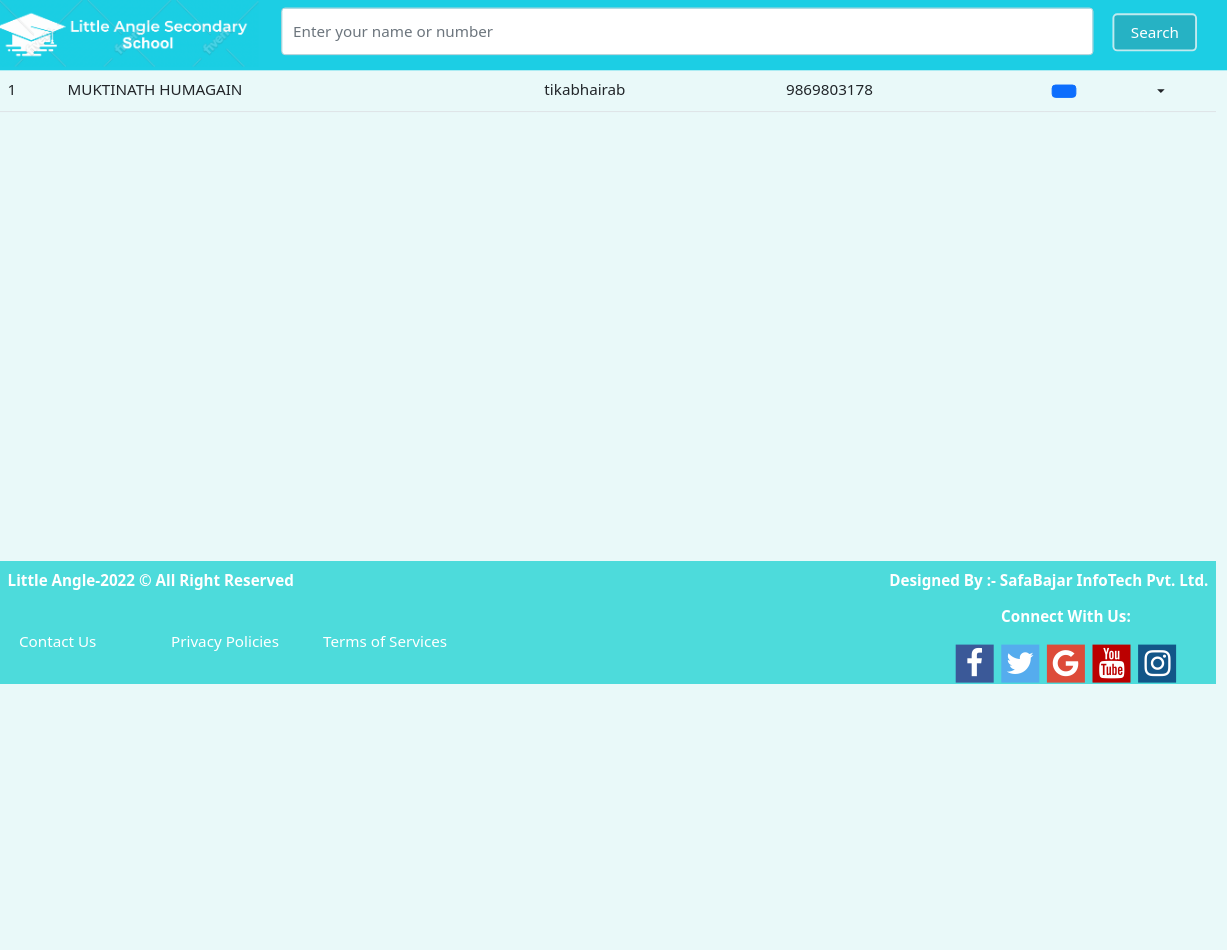
Repository: Sjuicyy/School-Project
Page: profilesview.html
These files come from the project's save history. The page is drawn as it stood at one moment and after a run of saves; the edit follows.
The browser window is 1280 px wide. The page is 1292 px wide, so the pictures cover 1292 px, including what lies to the right of the window. The pictures show the whole page, at 95% of full size.

Above is the page before, as saved 2022-09-22 11:27:52.

### profilesview.html
<!doctype html>
<html lang="en">

<head>
    <!-- Required meta tags -->
    <meta charset="utf-8">
    <meta name="viewport" content="width=device-width, initial-scale=1">

    <!-- Bootstrap CSS -->
    <link href="https://cdn.jsdelivr.net/npm/bootstrap@5.0.2/dist/css/bootstrap.min.css" rel="stylesheet"
        integrity="sha384-EVSTQN3/azprG1Anm3QDgpJLIm9Nao0Yz1ztcQTwFspd3yD65VohhpuuCOmLASjC" crossorigin="anonymous">

    <link rel="stylesheet" href="https://cdnjs.cloudflare.com/ajax/libs/font-awesome/4.7.0/css/font-awesome.min.css">


    <style>
        body {
            height: 1000px;
        }

        .navcol {
            background-color: rgb(28, 206, 228);
        }

        .row0 div {
            width: auto;
            display: flex;
        }

        .img {
            height: 70px;
            width: 100%;
        }

        .form-control {
            height: 50px;
        }


        .btn1 {
            background-color: rgb(38, 178, 196);
            color: white;
            height: 40px;
            width: 100px;
            margin: 20px;
            margin-top: 14px;
            border: 2px solid rgba(255, 255, 255, 0.715);
            border-radius: 5px;
        }

        .btn1:hover {
            background-color: rgba(0, 225, 255, 0);
            border: 2px solid white;
            outline: none;
        }

        .btn1:active {
            color: rgba(255, 255, 255, 0.667);
            border: 2px solid rgba(255, 255, 255, 0.533);
        }

        .footer {
            background-color: rgb(77, 219, 219);
            position: fixed;
            width: 100%;
            overflow: AUTO;
            color: rgb(255, 255, 255);
            bottom: 0;
        }

        .footer::-webkit-scrollbar {
            display: none;
        }


        .fb {

            width: 160px
        }

        .fa1 {
            font-size: xx-large;
            padding: 4px;
            margin: 2px;
            width: 40px;
            text-decoration: none;
        }

        .fa-facebook {
            background: #3B5998;
            color: white;
        }

        .fa-twitter {
            background: #55ACEE;
            color: white;
        }

        .fa-google {
            background: #dd4b39;
            color: white;
        }

        .fa-youtube {
            background: #bb0000;
            color: white;
        }

        .fa-instagram {
            background: #125688;
            color: white;
        }

        .red {
            border: 1px solid rgb(219, 77, 77);
        }

        .green {
            border: 1px solid rgb(2, 183, 255);
        }

        .yello {
            border: 1px solid rgb(193, 255, 6);
        }

        .btn2 {
            background-color: rgb(77, 219, 219);
            width: 400px;
        }

        .color {
            color: rgb(28, 206, 228);
        }

        .a {
            text-decoration: none;
            color: rgb(77, 219, 219);
        }

        .loginopt {
            background-color: rgb(255, 255, 255);
            color: rgb(28, 206, 228);
            border: 2px solid;
            width: 43px;
            border-radius: 100px;
            margin: 10px;
        }

        .loginopt:hover {
            color: #0c91f7;
        }

        .btn2:hover {
            background-color: #2a8bd0;
        }
    </style>
    <title>Little Angle School</title>
</head>

<body style="background-color:#99e6e335 ;>
    <!-- heading start -->
    <div class=" container-fluid text-center">
    <div class="row row0 navcol">
        <div class="col-3">
            <a href="pages.html">
                <img class="img" src="./school.png" alt="">
            </a>
        </div>
        <div class="col">
            <input class="form-control mt-2 " type="search" placeholder="Enter your name or number "
                aria-label="Search">
            <button class="btn1" type="submit">Search</button>
            </form>
        </div>
    </div>
    </div>
    <!-- heading end -->



    <!-- profile view body  -->




    <!-- <div class="container mt-4 w-75" style="border: 3px solid #0c91f7;">
        <div class="m-1">


        <div class="row">
            <div class="col-auto  ">
                <img src=" ./profile pic.jpg" width="100px" alt="">
            </div>
            <div class="col " style="">
                <div class="row mt-3 m-auto">
                    <div class="col-auto m-auto w-50 "><b>Name: </b>Shyam Joshi</div>
                    <div class="col-auto m-auto w-50 "><b> Email: </b>Sjuicyy@gmail.com</div>
                </div>
                <div class="row mt-3 m-auto">
                    <div class="col-auto m-auto w-50 "><B>DoB: </B>2055/04/31</div>
                    <div class="col-auto m-auto w-50 "><b>Mobile</b>: +977-9867867202</div>
                </div>
            </div>
            <div class="col-auto " style="overflow:hidden; width:100px">
                <div class="col mt-3 ">
                    <div class="btn btn-primary btn-sm  w-100">view</div>
                </div>
                <div class="col  mt-2">
                    <div class="btn btn-primary btn-sm  w-100">Edit</div>
                </div>
            </div>
        </div>

    </div>
    </div> -->



    <!-- // profile view body  -->





    <!-- another responsive table start -->










    <div class="table-responsive text-nowrap">
        <table class="table table-hover">
            <tbody class="table-border-bottom-0">
                <tr class="text-nowrap">
                    <td>1</td>
                    <td>MUKTINATH HUMAGAIN</td>
                    <td>tikabhairab</td>
                    <td><span class=" bg-label-primary me-1">9869803178</span></td>
                    <td> <a href="agentreport.php" type="button" class="btn btn-primary">
                        </a></td>
                    <td>
                        <div class="dropdown">
                            <button type="button" class="btn p-0 dropdown-toggle hide-arrow" data-bs-toggle="dropdown">
                                <i class="bx bx-dots-vertical-rounded"></i>
                            </button>

                            <div class="dropdown-menu">
                                <a class="dropdown-item" href="agentedit.php?id=43">
                                    <i class="bx bx-edit-alt me-1"></i> Edit</a>
                                <a class="dropdown-item" href="agentdelete.php?id=43&amp;Type=Farmer">
                                    <i class="bx bx-trash me-1"></i> Delete</a>
                            </div>
                        </div>
                    </td>
                </tr>

            </tbody>
        </table>
    </div>
    <!-- another responsive table end -->








    <!-- footer start -->


    <div class="footer">
        <div class="row ">
            <div class="col mx-2 mt-2" style="text-align:left"> <b>Little Angle-2022 © All Right Reserved</b> </div>
            <div class="col mx-2 mt-2" style="text-align:right">
                <p> <b>Designed By :- SafaBajar InfoTech Pvt. Ltd.</b> </p>
            </div>
        </div>
        <div class="row mx-2">
            <div class="col-2  fb" style="text-align:left;margin-top:25px">Contact Us</div>
            <div class="col-2  fb" style="text-align:left;margin-top:25px">Privacy Policies</div>
            <div class="col-2  fb" style="text-align:left;margin-top:25px">Terms of Services</div>
            <div class="col  fb" style="text-align:left"></div>
            <div class="col-6 fb mt-2" style="text-align:center;width:300px">
                <p style="margin-top: -10px;"> <b>Connect With Us:</b> </p>
                <a href="https://www.facebook.com/search/top?q=safabazar%20private%20limited" class="fa fa1 fa-facebook"
                    style="text-align:center;margin-top:-10px"></a>
                <a href="#" class="fa fa1 fa-twitter"></a>
                <a href="#" class="fa fa1 fa-google"></a>
                <a href="#" class="fa fa1 fa-youtube"></a>
                <a href="#" class="fa fa1 fa-instagram"></a>
            </div>
        </div>

    </div>

    </div>

    </div>












    <!-- Optional JavaScript; choose one of the two! -->

    <!-- Option 1: Bootstrap Bundle with Popper -->
    <script src="https://cdn.jsdelivr.net/npm/bootstrap@5.0.2/dist/js/bootstrap.bundle.min.js"
        integrity="sha384-MrcW6ZMFYlzcLA8Nl+NtUVF0sA7MsXsP1UyJoMp4YLEuNSfAP+JcXn/tWtIaxVXM"
        crossorigin="anonymous"></script>

    <!-- Option 2: Separate Popper and Bootstrap JS -->
    <!--
    <script src="https://cdn.jsdelivr.net/npm/@popperjs/core@2.9.2/dist/umd/popper.min.js" integrity="sha384-IQsoLXl5PILFhosVNubq5LC7Qb9DXgDA9i+tQ8Zj3iwWAwPtgFTxbJ8NT4GN1R8p" crossorigin="anonymous"></script>
    <script src="https://cdn.jsdelivr.net/npm/bootstrap@5.0.2/dist/js/bootstrap.min.js" integrity="sha384-cVKIPhGWiC2Al4u+LWgxfKTRIcfu0JTxR+EQDz/bgldoEyl4H0zUF0QKbrJ0EcQF" crossorigin="anonymous"></script>
    -->
</body>

</html>

After the next 3 saves:
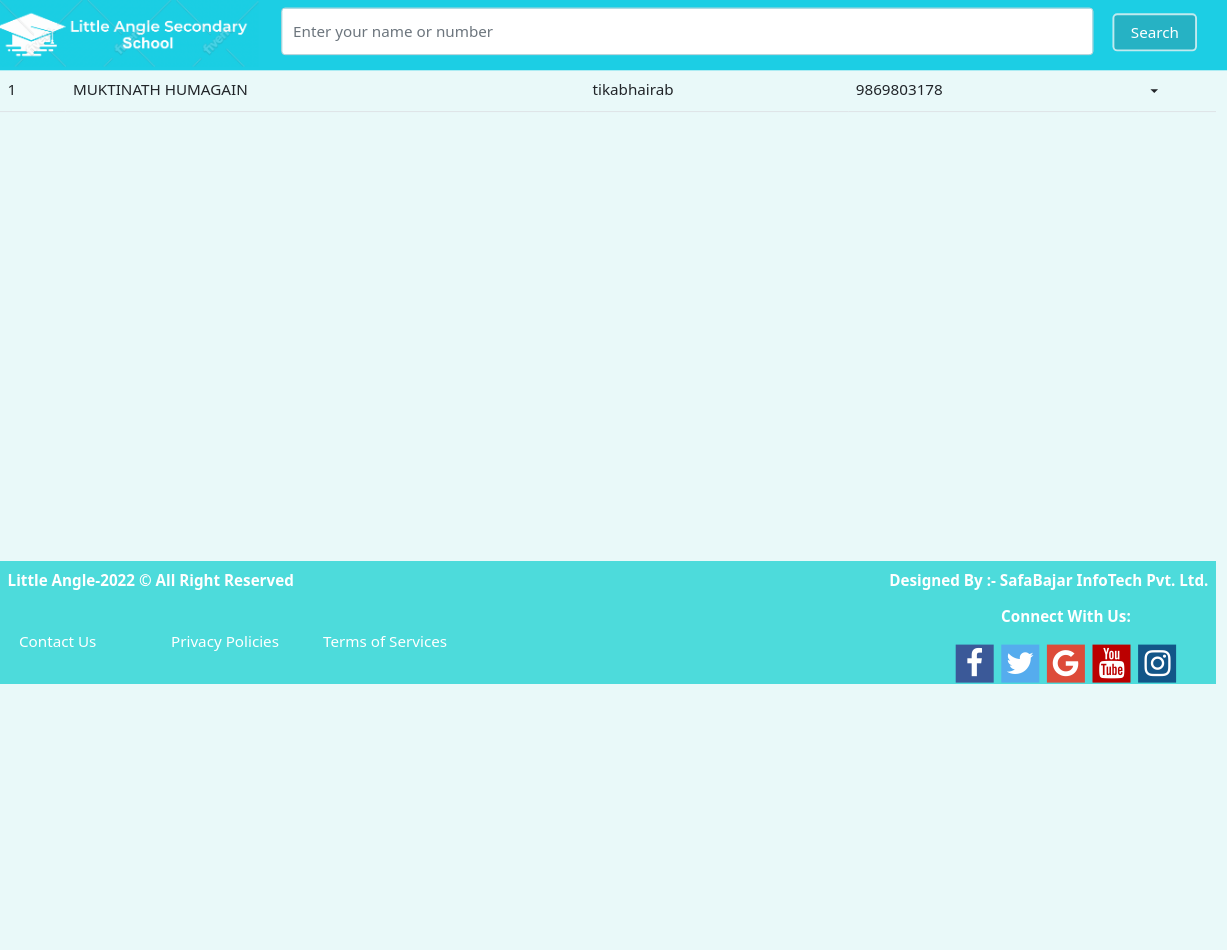
The 3 saves are shown as one change because they came seconds apart.
The last was saved 12 s later.
--- a/profilesview.html
+++ b/profilesview.html
@@ -241,8 +241,6 @@
                     <td>MUKTINATH HUMAGAIN</td>
                     <td>tikabhairab</td>
                     <td><span class=" bg-label-primary me-1">9869803178</span></td>
-                    <td> <a href="agentreport.php" type="button" class="btn btn-primary">
-                        </a></td>
                     <td>
                         <div class="dropdown">
                             <button type="button" class="btn p-0 dropdown-toggle hide-arrow" data-bs-toggle="dropdown">
